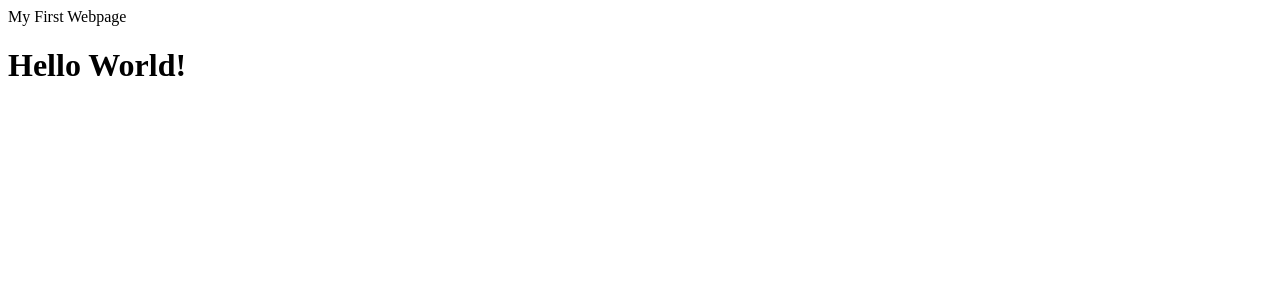
Repository: j0vesday/git_test
Page: html-boilerplate/index.html
An editor plug-in stored every save of this project. The page is shown before and after the next save, followed by the edit.
The browser window is 1280 px wide. The pictures show the whole page.

Above is the page before, as saved 2024-09-21 03:01:59.

### html-boilerplate/index.html
<!DOCTYPE html>
<html lang="en">
    <head>
    <meta charset="UTF-8"
    <title>My First Webpage</title>
    </head>

    <body>
        <h1>Hello World!</h1>
    </body>
</html>

After the next save:
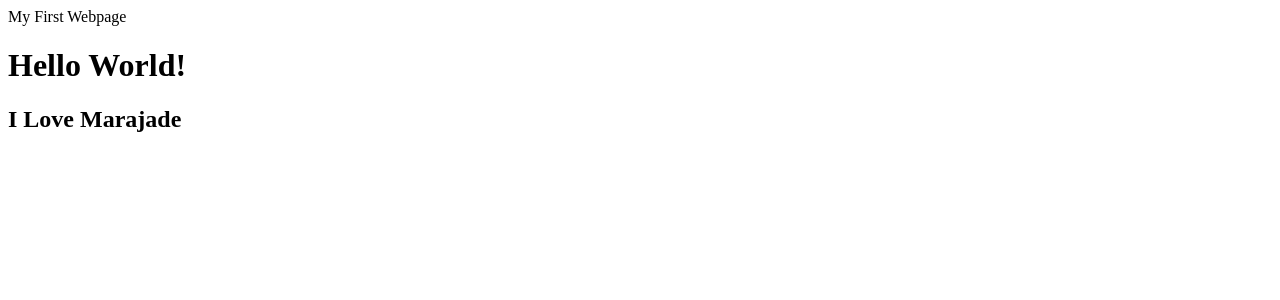
Saved 5 min 41 s later.
--- a/html-boilerplate/index.html
+++ b/html-boilerplate/index.html
@@ -7,5 +7,6 @@
 
     <body>
         <h1>Hello World!</h1>
+        <h2>I Love Marajade</h2>
     </body>
 </html>
